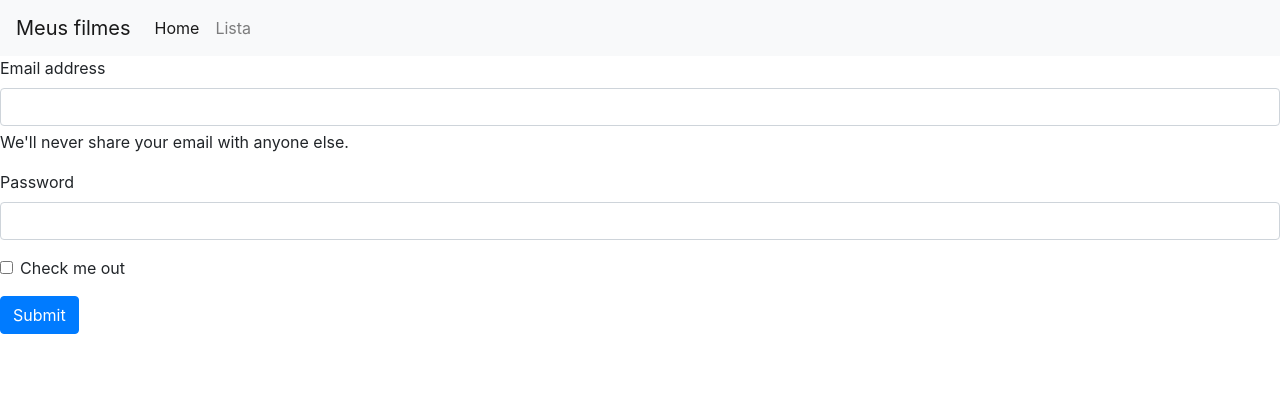
Repository: fernandoblumenau/javaWEB
Page: http://localhost/MeusFilmes/
An editor plug-in stored every save of this project. The page is shown before and after the next save, followed by the edit.
The browser window is 1280 px wide. The pictures show the whole page.
The page is served by Tomcat 10.

Above is the page before, as saved 2022-03-25 21:44:49.

After the next save:
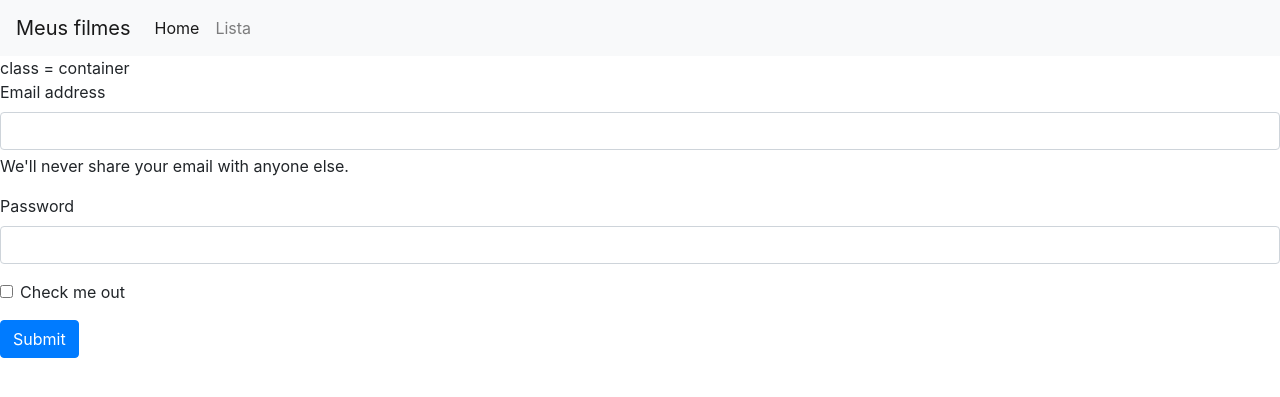
Saved 44 s later.
--- a/MeusFilmes/src/main/webapp/WEB-INF/home.jsp
+++ b/MeusFilmes/src/main/webapp/WEB-INF/home.jsp
@@ -35,7 +35,7 @@
 <script src="https://cdn.jsdelivr.net/npm/jquery@3.5.1/dist/jquery.slim.min.js" integrity="sha384-DfXdz2htPH0lsSSs5nCTpuj/zy4C+OGpamoFVy38MVBnE+IbbVYUew+OrCXaRkfj" crossorigin="anonymous"></script>
 <script src="https://cdn.jsdelivr.net/npm/bootstrap@4.6.1/dist/js/bootstrap.bundle.min.js" integrity="sha384-fQybjgWLrvvRgtW6bFlB7jaZrFsaBXjsOMm/tB9LTS58ONXgqbR9W8oWht/amnpF" crossorigin="anonymous"></script>
 
-
+<div> class = container</div>
 <form>
   <div class="mb-3">
     <label for="exampleInputEmail1" class="form-label">Email address</label>
